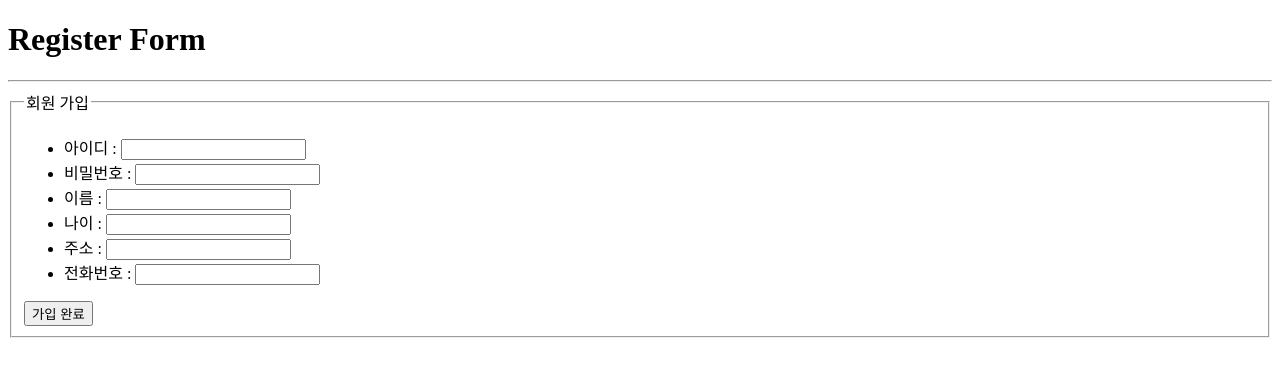
Repository: khy4701/JavaServerPage-Servlet
Page: http://localhost/05.JDBCProject/RegisterForm.jsp
An editor plug-in stored every save of this project. The page is shown before and after the next save, followed by the edit.
The browser window is 1280 px wide. The pictures show the whole page.
The page is served by Tomcat 9. Other server files are loaded and not shown.

Above is the page before, as saved 2016-07-21 00:36:09.

### 05.JDBCProject/WebContent/RegisterForm.jsp
<%@ page language="java" contentType="text/html; charset=UTF-8"
    pageEncoding="UTF-8"%>
<!DOCTYPE html>
<html>
<head>
<meta charset="UTF-8">
<title>Insert title here</title>
</head>
<body>

<h1> Register Form</h1>
<hr>

<form>

<fieldset>
<legend> 회원 가입 </legend>

<ul>
<li> 아이디 : <input type ="text" name="id">
<li> 비밀번호 : <input type ="password" name="pw">
<li> 이름 : <input type ="text" name="userName">
<li> 나이 : <input type ="text" name="age">
<li> 주소 : <input type ="text" name="address">
<li> 전화번호 : <input type ="text" name="phoneNum">
</ul>
<input type="submit" value="가입 완료">
</fieldset>
</form>

</body>
</html>

After the next save:
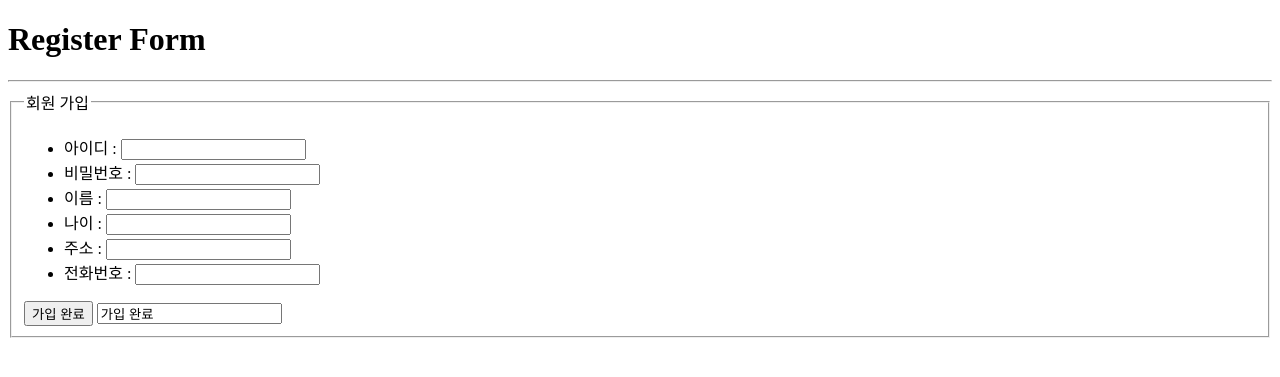
Saved 9 s later.
--- a/05.JDBCProject/WebContent/RegisterForm.jsp
+++ b/05.JDBCProject/WebContent/RegisterForm.jsp
@@ -25,6 +25,7 @@
 <li> 전화번호 : <input type ="text" name="phoneNum">
 </ul>
 <input type="submit" value="가입 완료">
+<input type="cancel" value="가입 완료">
 </fieldset>
 </form>
 
